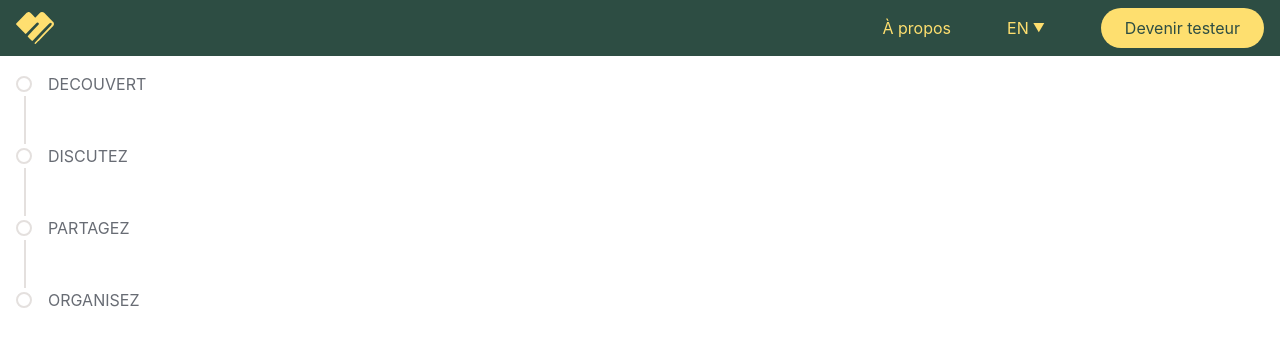
Repository: enas-elm/bookish-landing
Page: /
The author's editor kept a copy of each file at every save. The page is drawn from the files as they stood at one save, then again after the next save.
The browser window is 1280 px wide. The pictures show the whole page.
The project was rebuilt for these pictures with package versions that can differ from the ones it lists, and the page was loaded fresh each time.

Above is the page before, as saved 2024-09-11 16:25:25.

After the next save:
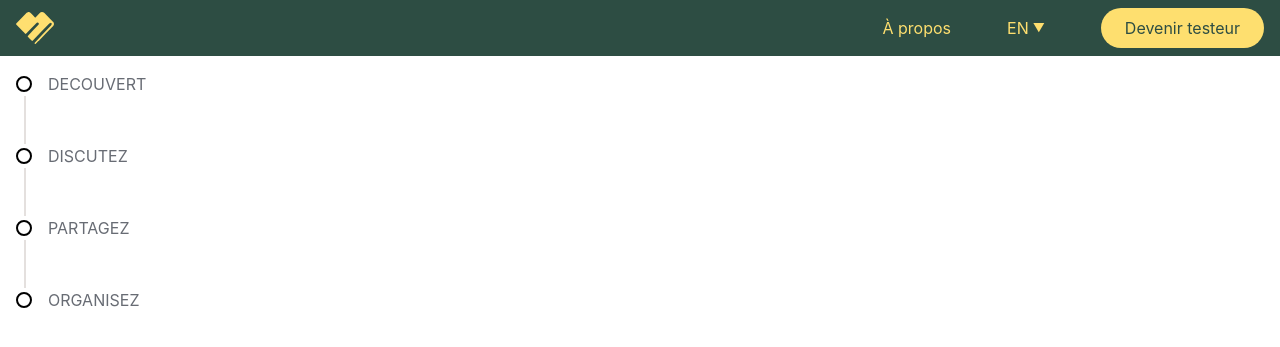
Saved 16 s later.
--- a/src/components/TimeLine.js
+++ b/src/components/TimeLine.js
@@ -26,7 +26,7 @@ function TimelineMenu() {
             }`}
           >
             <div
-              className={`w-4 h-4 rounded-full bg-green" border-gris border-2 mr-4 transition-colors ${
+              className={`w-4 h-4 rounded-full bg-green" border-grs border-2 mr-4 transition-colors ${
                 selectedItem === item.id ? "bg-green" : "bg-gray-400"
               }`}
             ></div>
